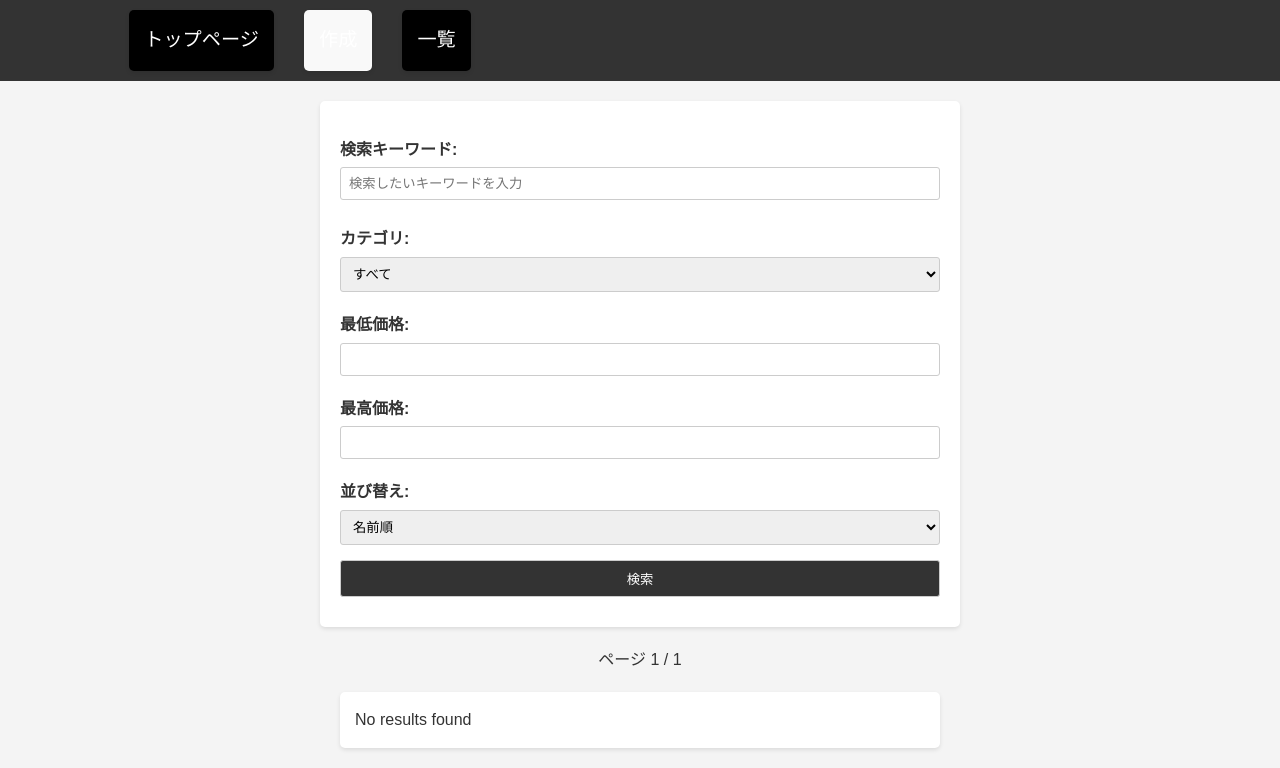
Repository: mamesuke7274/2024_kouki_kuwayamasyoutarou
Page: http://localhost/
An editor plug-in stored every save of this project. The page is shown before and after the next save, followed by the edit.
The browser window is 1280 px wide. The pictures show the whole page.
The page is served by the project's application, run on Django 4.2 (manage.py). Other server files are loaded and not shown. Queries for data that is not in the repository find no rows.

Above is the page before, as saved 2024-10-26 11:02:52.

### search_app/views.py
from django.shortcuts import render, get_object_or_404, redirect
from .models import Product, Category
from .forms import ProductForm, SearchForm
from django.core.paginator import Paginator

def product_create(request):
    if request.method == 'POST':
        form = ProductForm(request.POST)
        if form.is_valid():
            form.save()
            return redirect('product_list')
    else:
        form = ProductForm()
    return render(request, 'product_form.html', {'form': form})

def product_detail(request, pk):
    product = get_object_or_404(Product, pk=pk)

    return render(request, 'product_detail.html', {'product': product})

def product_update(request, pk):
    product = get_object_or_404(Product, pk=pk)
    if request.method == 'POST':
        form = ProductForm(request.POST, instance=product)
        if form.is_valid():
            form.save()
            return redirect('product_detail', pk=product.pk)
    else:
        form = ProductForm(instance=product)
    # product オブジェクトをテンプレートに渡す
    return  render(request,  'product_form.html',  {'form':  form,  'product': product})

def product_delete(request, pk):
    product = get_object_or_404(Product, pk=pk)
    if request.method == 'POST':
        product.delete()
        return redirect('product_list')
    return render(request, 'product_confirm_delete.html', {'product': product})

def product_list(request):
    products = Product.objects.all()
    print(products)
    return render(request, 'product_list.html', {'products': products})

def search_view(request):
    form = SearchForm(request.GET or None)
    results = Product.objects.all()  # クエリセットの初期化
    if form.is_valid():
        query = form.cleaned_data['query']
        if query:
            results = results.filter(name__icontains=query)
    # カテゴリフィルタリング
    category_name = request.GET.get('category')
    if category_name:
        try:
            # カテゴリ名に基づいてカテゴリIDを取得
            category = Category.objects.get(name=category_name)
            results = results.filter(category_id=category.id)
        except Category.DoesNotExist:
            results = results.none() # 存在しないカテゴリの場合、結果を空にする
            category = None

    # 価格のフィルタリング（最低価格・最高価格）
    min_price = request.GET.get('min_price')
    max_price = request.GET.get('max_price')
    if min_price:
        results = results.filter(price__gte=min_price)
    if max_price:
        results = results.filter(price__lte=max_price)

    # 並び替え処理
    sort_by = request.GET.get('sort', 'name')
    if sort_by == 'price_asc':
        results = results.order_by('price')
    elif sort_by == 'price_desc':
        results = results.order_by('-price')

    # クエリセットをリストに変換せず、直接Paginatorに渡す
    paginator = Paginator(results, 10)
    page_number = request.GET.get('page')
    page_obj = paginator.get_page(page_number)

    return render(request, 'search.html', {'form': form, 'page_obj': page_obj, 'results': results})

### search_app/templatetags/custom_filters.py
from django import template

register = template.Library()

@register.filter
def to(value):
    try:
        return range(1, value + 1)
    except TypeError:
        return []

### search_app/templates/search.html
<!DOCTYPE html>
<html lang="en">

<head>
    <meta charset="UTF-8">
    <meta name="viewport" content="width=device-width, initial-scale=1.0">
    <title>search_app</title>
</head>

<body>
    <style>
        /* 全体の基本スタイル */
        body {
            font-family: Arial, sans-serif;
            line-height: 1.6;
            margin: 0;
            padding: 0;
            background-color: #f4f4f4;
            color: #333;
        }

        header {
            background-color: #333;
            color: #fff;
            padding: 10px 0;
        }

        nav ul {
            list-style: none;
            padding: 0;
            display: flex;
            justify-content: center;
            margin: 0;
        }

        nav ul li {
            margin: 0 15px;
        }

        nav ul li a {
            color: #fff;
            text-decoration: none;
            font-size: 1.2em;
            transition: color 0.3s;
        }

        nav ul li a:hover {
            color: #ddd;
        }

        /* フォームスタイル */
        form {
            background: #fff;
            padding: 20px;
            margin: 20px auto;
            max-width: 600px;
            border-radius: 5px;
            box-shadow: 0 2px 4px rgba(0, 0, 0, 0.1);
        }

        form label {
            display: block;
            margin-top: 10px;
            font-weight: bold;
        }

        form input,
        form select,
        form button {
            width: 100%;
            padding: 8px;
            margin-top: 5px;
            margin-bottom: 10px;
            border: 1px solid #ccc;
            border-radius: 3px;
            box-sizing: border-box;
        }

        form button {
            background-color: #333;
            color: #fff;
            cursor: pointer;
            transition: background-color 0.3s;
        }

        form button:hover {
            background-color: #555;
        }

        /* ページネーションスタイル */
        .pagination {
            text-align: center;
            margin: 20px 0;
        }

        .pagination a {
            text-decoration: none;
            color: #333;
            margin: 0 5px;
            padding: 5px 10px;
            border: 1px solid #333;
            border-radius: 3px;
            transition: background-color 0.3s, color 0.3s;
        }

        .pagination a:hover {
            background-color: #333;
            color: #fff;
        }

        .pagination span {
            display: inline-block;
            margin: 0 5px;
        }

        /* 商品リストスタイル */
        ul {
            list-style: none;
            padding: 0;
            max-width: 600px;
            margin: 20px auto;
        }

        ul li {
            background: #fff;
            margin-bottom: 10px;
            padding: 15px;
            border-radius: 5px;
            box-shadow: 0 2px 4px rgba(0, 0, 0, 0.1);
        }

        ul li:nth-child(even) {
            background-color: #f9f9f9;
        }

        ul li:hover {
            background-color: #f0f0f0;
        }

        .nav{
            background-color: #000;
        }

        .nav a{
            ba
        }

        .nav a:hover {
            background-color: #333;
            /* ホバー時に背景色を変える */
        }
    </style>
    <header>
        <nav>
            <ul>
                <li class="nav"><a href="{% url 'search_view' %}">トップページ</a></li>
                <li class="nav"><a href="{% url 'product_create' %}">作成</a></li>
                <li class="nav"><a href="{% url 'product_list' %}">一覧</a></li>
            </ul>
        </nav>
    </header>
    <form method="get">
        {{ form.as_p }}
        <label for="category">カテゴリ:</label>
        <select name="category">
            <option value="">すべて</option>
            <option value="books">本</option>
            <option value="electronics">電子機器</option>
        </select>
        <label for="min_price">最低価格:</label>
        <input type="number" name="min_price" min="0">
        <label for="max_price">最高価格:</label>
        <input type="number" name="max_price" min="0">
        <!-- 並び替えの選択 -->
        <label for="sort">並び替え:</label>
        <select name="sort">
            <option value="name">名前順</option>
            <option value="price_asc">価格が安い順</option>
            <option value="price_desc">価格が高い順</option>
        </select>
        <button type="submit">検索</button>
    </form>
    <div class="pagination">
        <span class="step-links">
            {% if page_obj.has_previous %}
            <a href="?page=1">最初</a>
            <a href="?page={{ page_obj.previous_page_number }}">前へ</a>
            {% endif %}
            <span>ページ {{ page_obj.number }} /
                {{ page_obj.paginator.num_pages }}</span>
            {% if page_obj.has_next %}
            <a href="?page={{ page_obj.next_page_number }}">次へ</a>
            <a href="?page={{ page_obj.paginator.num_pages }}">最後</a>
            {% endif %}
        </span>
    </div>
    <ul>
        {% for product in page_obj %}
        <li>{{ product.name }} - {{ product.price }}</li>
        {% empty %}
        <li>No results found</li>
        {% endfor %}
    </ul>



</body>

</html>

### search_app/forms.py
from django import forms
from .models import Product

class SearchForm(forms.Form):
    query = forms.CharField(
        label='検索キーワード',
        max_length=100,
        required=False,
        widget=forms.TextInput(attrs={'placeholder': '検索したいキーワードを入力'})
    )

class ProductForm(forms.ModelForm):
    class Meta:
        model = Product
        fields = ['name', 'description', 'price', 'category']

### search_project/urls.py
from django.contrib import admin
from django.urls import path,include

urlpatterns = [
    path('admin/', admin.site.urls),
    path('', include('search_app.urls')),
]

### search_app/urls.py
from django.urls import path
from . import views
urlpatterns = [
    path('', views.search_view, name='search'),
    path('search/', views.search_view, name='search_view'),
    path('product/new/', views.product_create, name='product_create'),
    path('product/<int:pk>/', views.product_detail, name='product_detail'),
    path('product/<int:pk>/edit/',  views.product_update, name='product_update'),
    path('product/<int:pk>/delete',  views.product_delete, name='product_delete'),
    path('product/', views.product_list, name='product_list'),
]

After the next save:
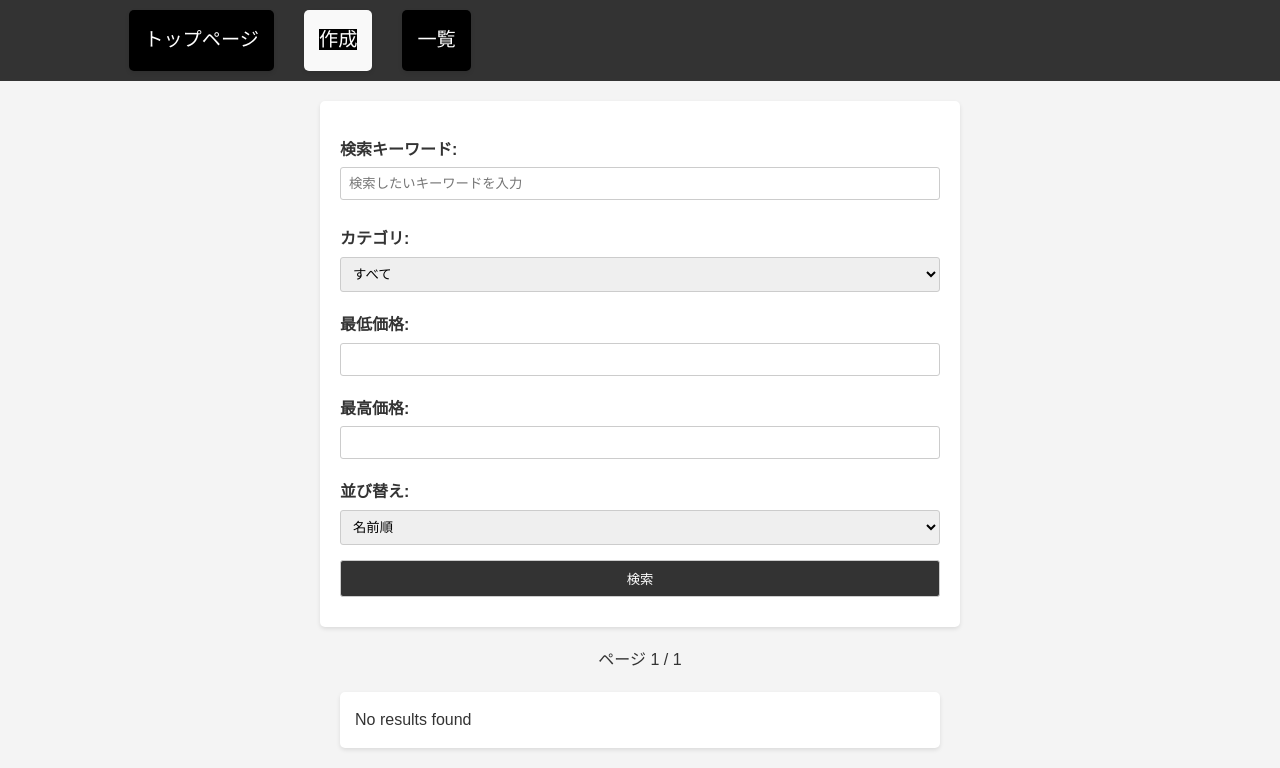
Saved 2 s later.
--- a/search_app/templates/search.html
+++ b/search_app/templates/search.html
@@ -137,12 +137,12 @@
             background-color: #f0f0f0;
         }
 
-        .nav{
+        .nav {
             background-color: #000;
         }
 
-        .nav a{
-            ba
+        .nav a {
+            background-color: #000;
         }
 
         .nav a:hover {

After the 3 saves that followed:
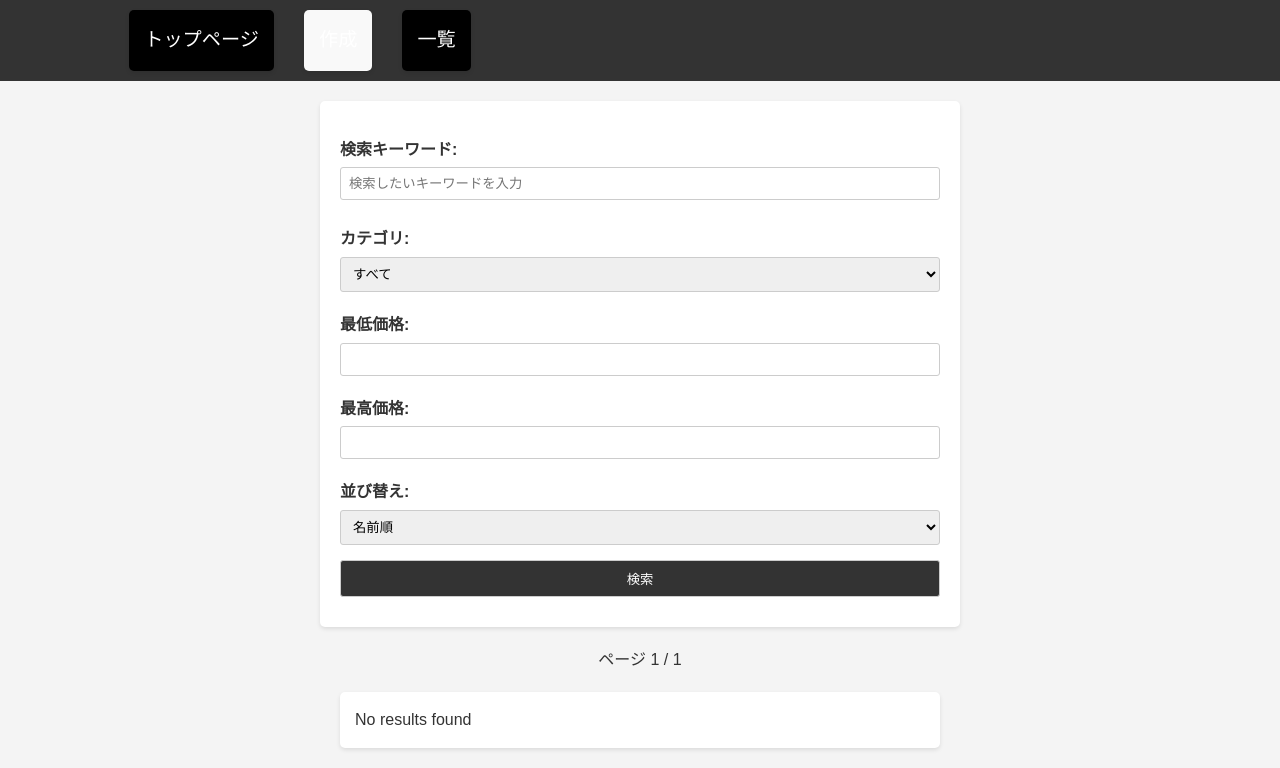
The 3 saves are shown as one change because they came seconds apart.
The last was saved 13 s later.
--- a/search_app/templates/search.html
+++ b/search_app/templates/search.html
@@ -141,7 +141,7 @@
             background-color: #000;
         }
 
-        .nav a {
+        .nav li {
             background-color: #000;
         }
 
